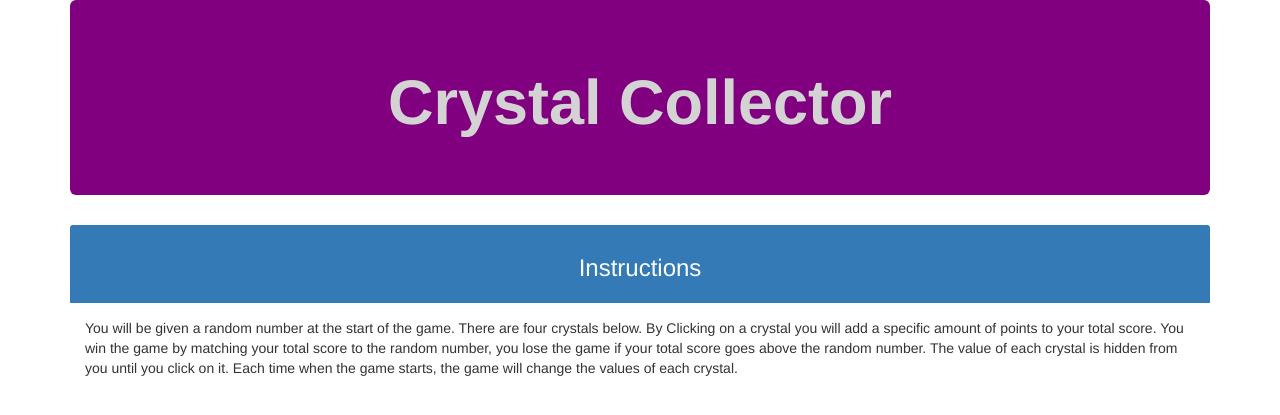
Repository: mikecherry1/week-4-game
Page: index.html
These files come from the project's save history. The page is drawn as it stood at one moment and after the next save; the edit follows.
The browser window is 1280 px wide. The pictures show the whole page.

Above is the page before, as saved 2017-11-19 18:25:57.

### index.html
<!doctype html>
<html lang="en">
  <head>

    <!-- Required meta tags -->
    <meta charset="utf-8">
    <meta name="viewport" content="width=device-width, initial-scale=1, shrink-to-fit=no">

    <!-- Bootstrap CSS -->
    <link rel="stylesheet" <link href="https://maxcdn.bootstrapcdn.com/bootstrap/3.3.7/css/bootstrap.min.css" rel="stylesheet" integrity="sha384-BVYiiSIFeK1dGmJRAkycuHAHRg32OmUcww7on3RYdg4Va+PmSTsz/K68vbdEjh4u"
        crossorigin="anonymous">
  </head>
  <body>

    <div class="container">

        <div class="jumbotron" style= "background-color: purple; color: lightgrey;">
        <div class="container">
            <h1 class="text-center"><strong>Crystal Collector</strong></h1>
        </div>
    </div>

    <div class="row">

        <div class="col-lg-12">

            <div class="panel-primary">
                <div class="panel-heading text-center">
                    <h3>Instructions</h3>
                </div>
                <div class="panel-body">
                    <p>You will be given a random number at the start of the game. There are four crystals below. By Clicking on a crystal you will add a specific amount of points to your total score. You win the game by matching your total score to the random number, you lose the game if your total score goes above the random number. The value of each crystal is hidden from you until you click on it. Each time when the game starts, the game will change the values of each crystal.</p>
            </div>


        </div>

    </div>



    </div>



  </body>
</html>

After the next save:
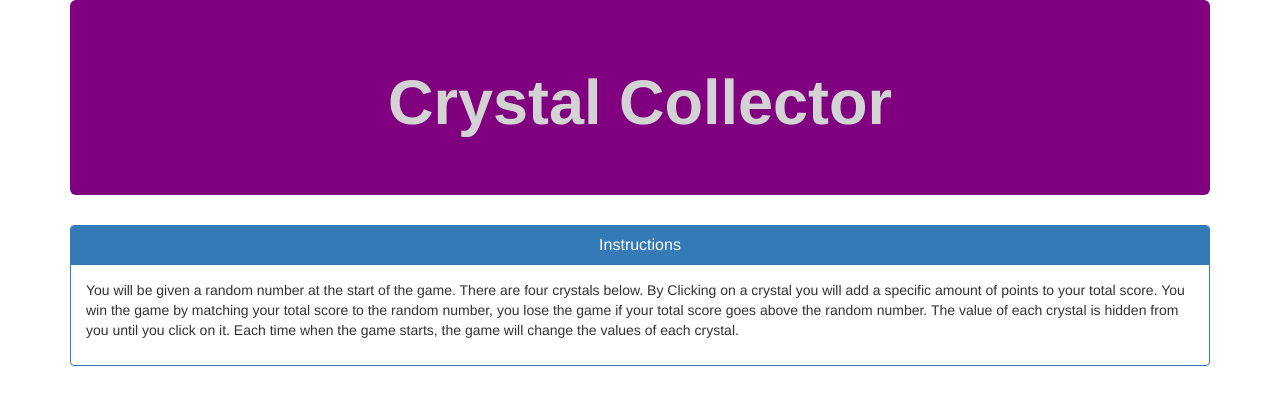
Saved 99 s later.
--- a/index.html
+++ b/index.html
@@ -24,9 +24,9 @@
 
         <div class="col-lg-12">
 
-            <div class="panel-primary">
-                <div class="panel-heading text-center">
-                    <h3>Instructions</h3>
+            <div class="panel panel-primary">
+                <div class="panel-heading">
+                    <h3 class="panel-title text-center">Instructions</h3>
                 </div>
                 <div class="panel-body">
                     <p>You will be given a random number at the start of the game. There are four crystals below. By Clicking on a crystal you will add a specific amount of points to your total score. You win the game by matching your total score to the random number, you lose the game if your total score goes above the random number. The value of each crystal is hidden from you until you click on it. Each time when the game starts, the game will change the values of each crystal.</p>
